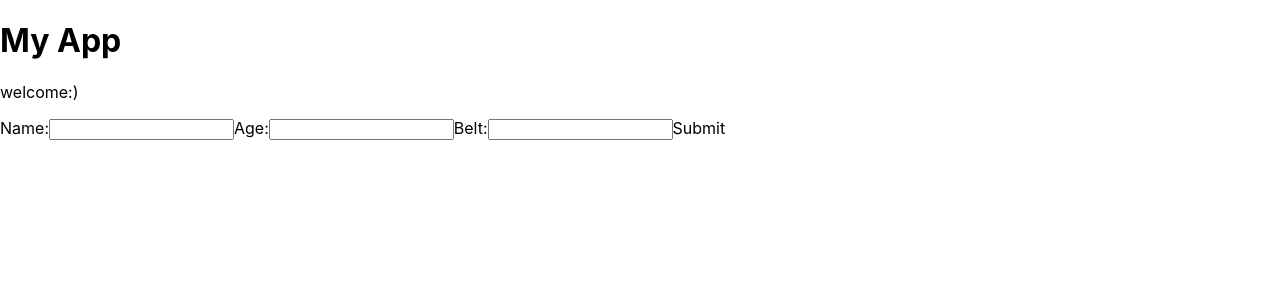
Repository: ejazsidhu/reactJSPrecticeNinja
Page: /
An editor plug-in stored every save of this project. The page is shown before and after the next save, followed by the edit.
The browser window is 1280 px wide. The pictures show the whole page.
The project was rebuilt for these pictures with package versions that can differ from the ones it lists, and the page was loaded fresh each time. Also part of the build but not shown: src/ninjas.js.

Above is the page before, as saved 2020-04-10 19:49:28.

### src/App.js
import React from 'react';
import Ninjas from './ninjas'
import AddNinja from './addNinja';

class App extends React.Component {
  state={
    ninjas:[
      {id:1,name:"Ejaz",age:"29",belt:"Black"},
      {id:2,name:"Asim",age:"27",belt:"Blue"},
      {id:3,name:"Qasim",age:"25",belt:"Green"},
      {id:4,name:"Asima",age:"23",belt:"White"}


    ]
  }
render(){
  return (
    <div className="App">
  <h1>My App</h1>
  <p>welcome:)</p>
<AddNinja/>
  {/* <Ninjas ninjas={this.state.ninjas}/> */}
    </div>
  );
}
}

export default App;

### src/addNinja.js
import React, { Component } from 'react';
class AddNinja extends Component {
    state = {
        name:null,
        age:null,
        belt:null
      }
      handleChange=(e)=>{
          this.setState({
              [e.target.id]:e.target.value
          })
      }

      handleSubmit=(e)=>{
          e.prevantdefault();
          console.log(this.state)
      }
    render() {
        return (
            <div className="add-ninjas">
                <form onSubmit={this.handleSubmit}>
                    <label htmlFor="name">Name:</label>
                    <input type="text" id="name" onChange={this.handleChange}/>
                    <label htmlFor="age">Age:</label>
                    <input type="text" id="age" onChange={this.handleChange}/>
                    <label htmlFor="belt">Belt:</label>
                    <input type="text" id="belt" onChange={this.handleChange}/>
                    <buttome type="submit">Submit</buttome>
                </form>

            </div>
          );
    }
}

export default AddNinja;

Loaded but not shown: public/index.html (common file); src/index.js (common file); src/index.css (common file); src/serviceWorker.js (common file)

After the next save:
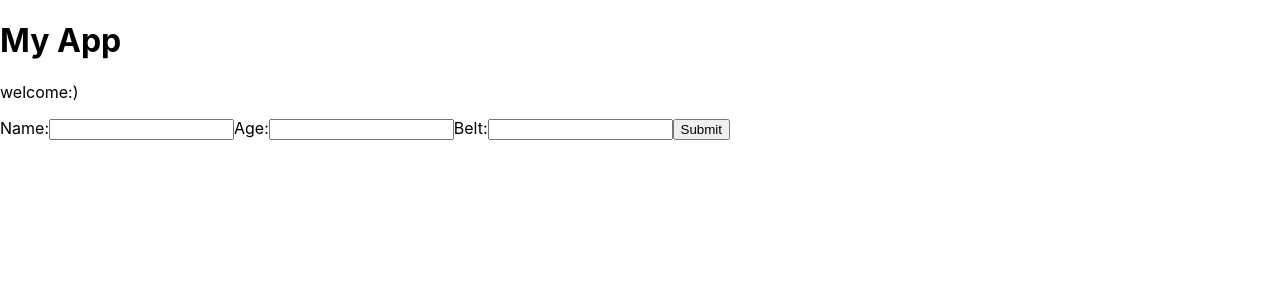
Saved 13 s later.
--- a/src/addNinja.js
+++ b/src/addNinja.js
@@ -25,7 +25,7 @@ class AddNinja extends Component {
                     <input type="text" id="age" onChange={this.handleChange}/>
                     <label htmlFor="belt">Belt:</label>
                     <input type="text" id="belt" onChange={this.handleChange}/>
-                    <buttome type="submit">Submit</buttome>
+                    <button type="submit">Submit</button>
                 </form>
 
             </div>
